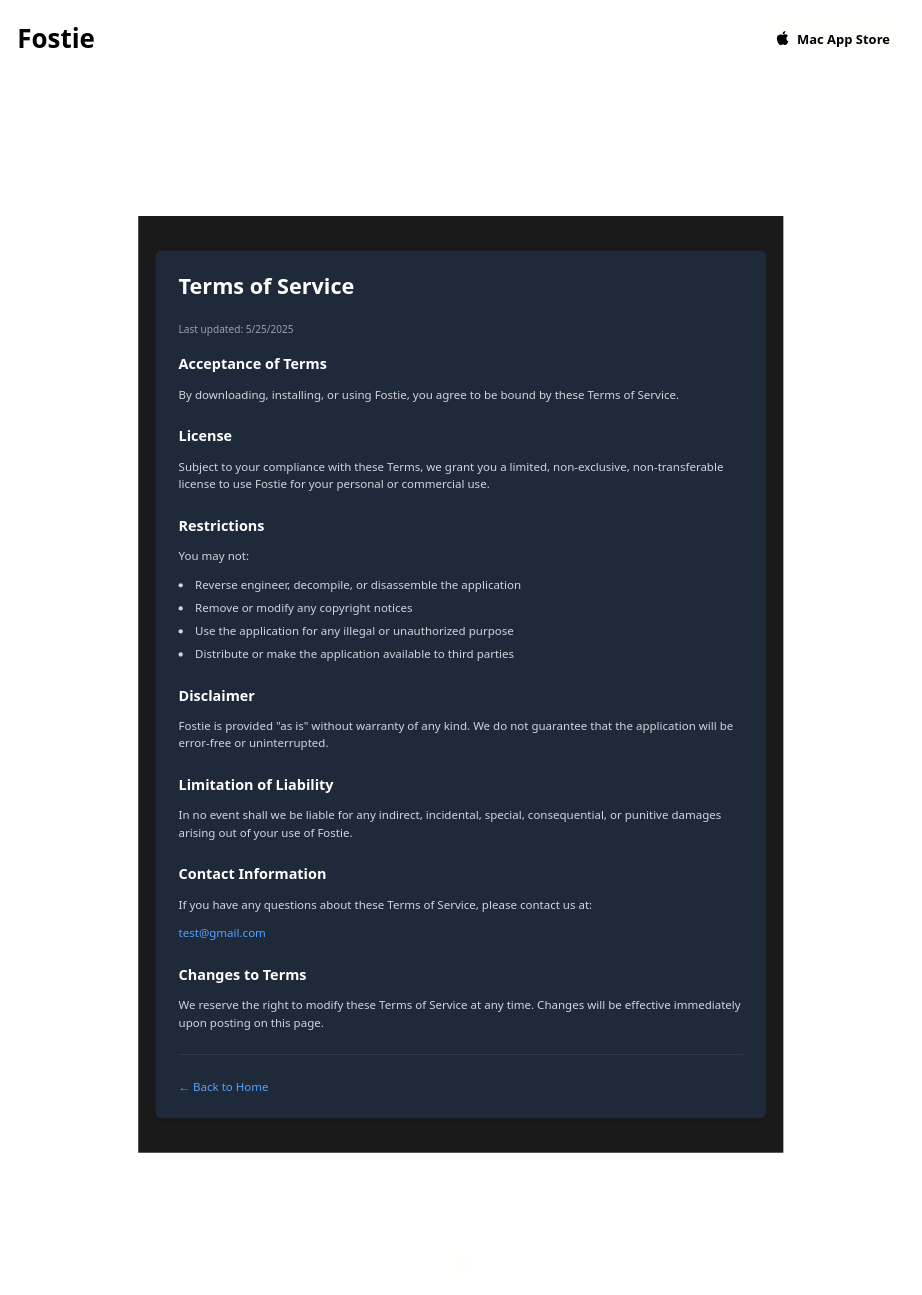
Repository: atimael/fostie-web
Page: /terms
These files come from the project's save history. The page is drawn as it stood at one moment and after the next save; the edit follows.
The browser window is 1280 px wide. The pictures show the whole page, at 72% of full size.
The project was rebuilt for these pictures with package versions that can differ from the ones it lists, and the page was loaded fresh each time. The framework's server and built-in components were replaced by stand-ins that run in the browser. Also part of the build but not shown: next.config.js.

Above is the page before, as saved 2025-05-28 21:47:23.

After the next save:
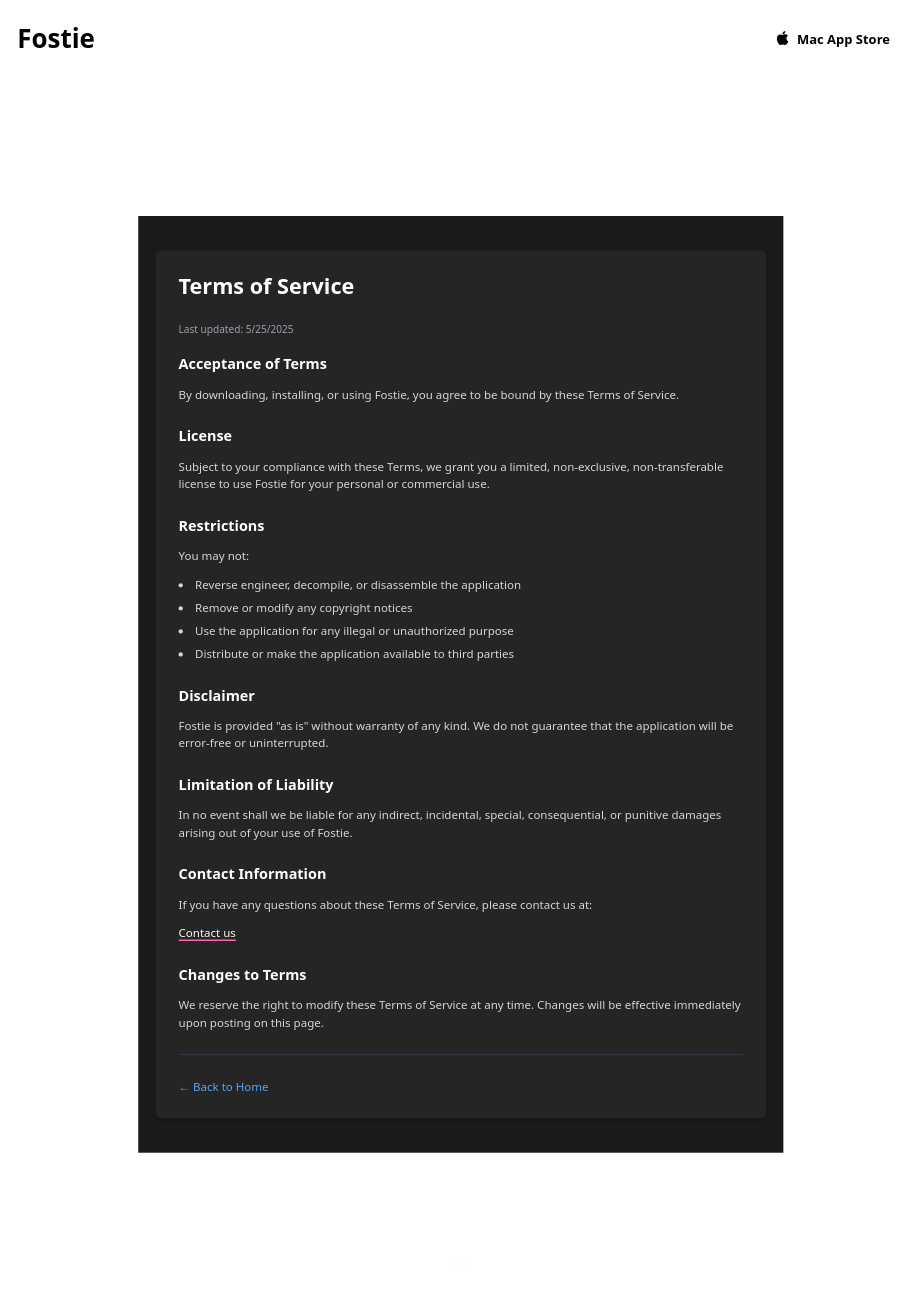
Saved 8 min 50 s later.
--- a/app/terms/page.tsx
+++ b/app/terms/page.tsx
@@ -1,8 +1,8 @@
 export default function Terms() {
   return (
-    <main className="min-h-screen bg-gray-50 dark:bg-custom-dark">
+    <main className="min-h-screen bg-custom-dark">
       <div className="max-w-4xl mx-auto px-6 py-12">
-        <div className="bg-white dark:bg-gray-800 rounded-lg shadow-md p-8">
+        <div className="bg-orange-50/5 rounded-lg shadow-md p-8">
           <h1 className="text-3xl font-bold text-gray-900 dark:text-white mb-8">
             Terms of Service
           </h1>
@@ -84,14 +84,18 @@
                 If you have any questions about these Terms of Service, please
                 contact us at:
               </p>
-              <p className="text-gray-700 dark:text-gray-300">
+              <div className="space-y-4">
                 <a
-                  href="mailto:test@gmail.com"
-                  className="text-blue-600 dark:text-blue-400 hover:text-blue-800 dark:hover:text-blue-300"
+                  href="mailto:hello@fostie.com"
+                  className="relative whitespace-nowrap text-orange-50
+                font-medium outline-none
+                transition duration-200 after:pointer-events-none
+                after:absolute after:bottom-0 after:left-0 after:right-0 after:h-0.5 after:rounded-[0.125rem]
+                 after:bg-pink-400 after:transition after:duration-200 after:content-[''] hover:text-pink-400 hover:after:translate-y-px"
                 >
-                  test@gmail.com
+                  Contact us
                 </a>
-              </p>
+              </div>
             </section>
 
             <section className="mb-8">
